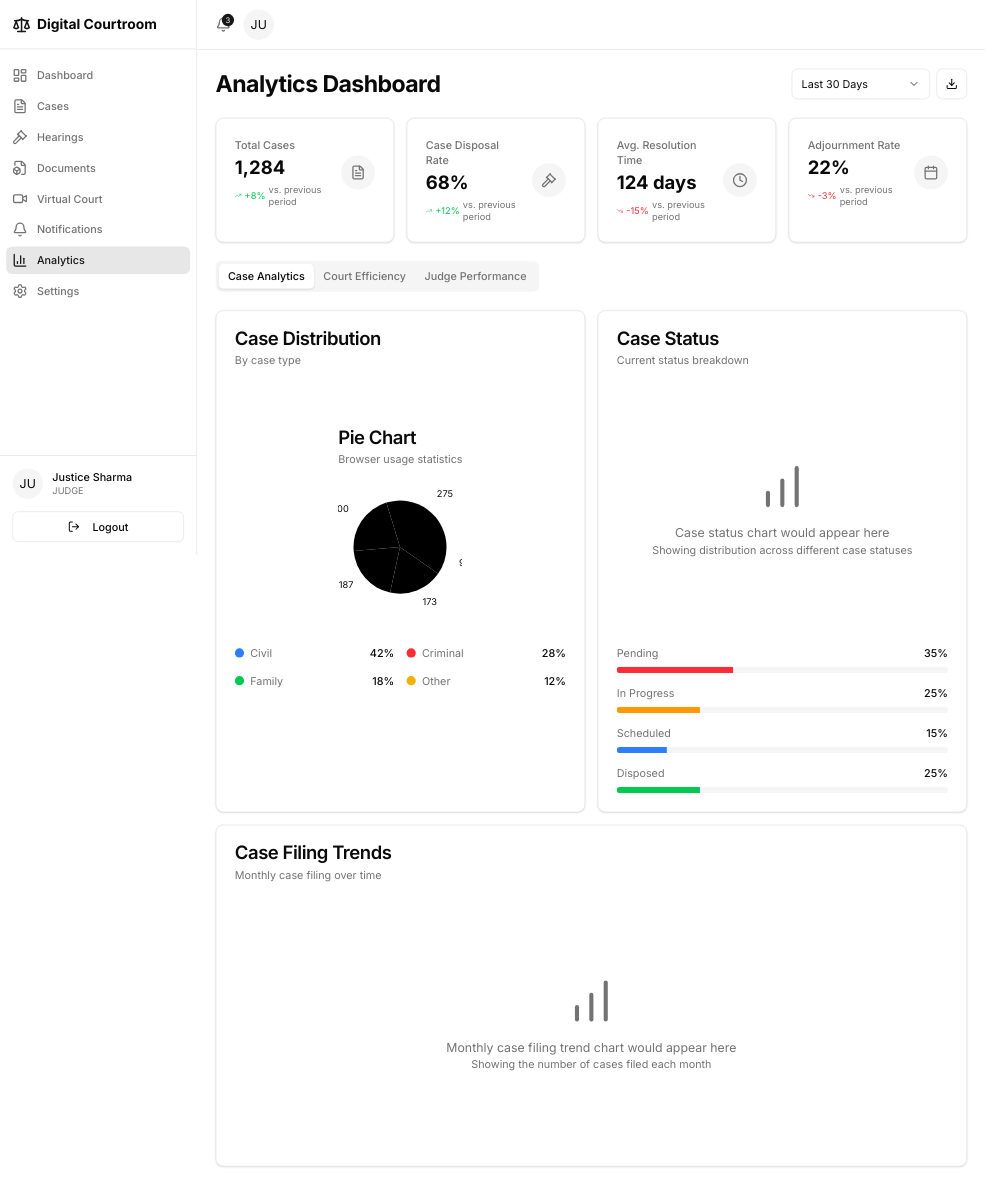
Repository: n0tank3sh/digicourt
Page: /analytics (app in frontend/)
An editor plug-in stored every save of this project. The page is shown before and after a run of saves, followed by the edit.
The browser window is 1280 px wide. The pictures show the whole page, at 77% of full size.
The project was rebuilt for these pictures with package versions that can differ from the ones it lists, and the page was loaded fresh each time. The framework's server and built-in components were replaced by stand-ins that run in the browser. Also part of the build but not shown: frontend/next.config.ts.

Above is the page before, as saved 2025-03-26 21:52:41.

### frontend/src/components/ui/card.tsx
import * as React from "react"

import { cn } from "@/lib/utils"

const Card = React.forwardRef<
  HTMLDivElement,
  React.HTMLAttributes<HTMLDivElement>
>(({ className, ...props }, ref) => (
  <div
    ref={ref}
    className={cn(
      "rounded-lg border bg-card text-card-foreground shadow-sm",
      className
    )}
    {...props}
  />
))
Card.displayName = "Card"

const CardHeader = React.forwardRef<
  HTMLDivElement,
  React.HTMLAttributes<HTMLDivElement>
>(({ className, ...props }, ref) => (
  <div
    ref={ref}
    className={cn("flex flex-col space-y-1.5 p-6", className)}
    {...props}
  />
))
CardHeader.displayName = "CardHeader"

const CardTitle = React.forwardRef<
  HTMLDivElement,
  React.HTMLAttributes<HTMLDivElement>
>(({ className, ...props }, ref) => (
  <div
    ref={ref}
    className={cn(
      "text-2xl font-semibold leading-none tracking-tight",
      className
    )}
    {...props}
  />
))
CardTitle.displayName = "CardTitle"

const CardDescription = React.forwardRef<
  HTMLDivElement,
  React.HTMLAttributes<HTMLDivElement>
>(({ className, ...props }, ref) => (
  <div
    ref={ref}
    className={cn("text-sm text-muted-foreground", className)}
    {...props}
  />
))
CardDescription.displayName = "CardDescription"

const CardContent = React.forwardRef<
  HTMLDivElement,
  React.HTMLAttributes<HTMLDivElement>
>(({ className, ...props }, ref) => (
  <div ref={ref} className={cn("p-6 pt-0", className)} {...props} />
))
CardContent.displayName = "CardContent"

const CardFooter = React.forwardRef<
  HTMLDivElement,
  React.HTMLAttributes<HTMLDivElement>
>(({ className, ...props }, ref) => (
  <div
    ref={ref}
    className={cn("flex items-center p-6 pt-0", className)}
    {...props}
  />
))
CardFooter.displayName = "CardFooter"

export { Card, CardHeader, CardFooter, CardTitle, CardDescription, CardContent }

### frontend/src/components/ui/tabs.tsx
"use client"

import * as React from "react"
import * as TabsPrimitive from "@radix-ui/react-tabs"

import { cn } from "@/lib/utils"

const Tabs = TabsPrimitive.Root

const TabsList = React.forwardRef<
  React.ElementRef<typeof TabsPrimitive.List>,
  React.ComponentPropsWithoutRef<typeof TabsPrimitive.List>
>(({ className, ...props }, ref) => (
  <TabsPrimitive.List
    ref={ref}
    className={cn(
      "inline-flex h-10 items-center justify-center rounded-md bg-muted p-1 text-muted-foreground",
      className
    )}
    {...props}
  />
))
TabsList.displayName = TabsPrimitive.List.displayName

const TabsTrigger = React.forwardRef<
  React.ElementRef<typeof TabsPrimitive.Trigger>,
  React.ComponentPropsWithoutRef<typeof TabsPrimitive.Trigger>
>(({ className, ...props }, ref) => (
  <TabsPrimitive.Trigger
    ref={ref}
    className={cn(
      "inline-flex items-center justify-center whitespace-nowrap rounded-sm px-3 py-1.5 text-sm font-medium ring-offset-background transition-all focus-visible:outline-none focus-visible:ring-2 focus-visible:ring-ring focus-visible:ring-offset-2 disabled:pointer-events-none disabled:opacity-50 data-[state=active]:bg-background data-[state=active]:text-foreground data-[state=active]:shadow-sm",
      className
    )}
    {...props}
  />
))
TabsTrigger.displayName = TabsPrimitive.Trigger.displayName

const TabsContent = React.forwardRef<
  React.ElementRef<typeof TabsPrimitive.Content>,
  React.ComponentPropsWithoutRef<typeof TabsPrimitive.Content>
>(({ className, ...props }, ref) => (
  <TabsPrimitive.Content
    ref={ref}
    className={cn(
      "mt-2 ring-offset-background focus-visible:outline-none focus-visible:ring-2 focus-visible:ring-ring focus-visible:ring-offset-2",
      className
    )}
    {...props}
  />
))
TabsContent.displayName = TabsPrimitive.Content.displayName

export { Tabs, TabsList, TabsTrigger, TabsContent }

### frontend/src/types/index.ts
// User Types
export enum UserRole {
  JUDGE = "JUDGE",
  LAWYER = "LAWYER",
  COURT_STAFF = "COURT_STAFF",
  CITIZEN = "CITIZEN",
  ADMIN = "ADMIN",
}

export interface User {
  id: string
  name: string
  email: string
  role: UserRole
  barId?: string // For lawyers
  courtId?: string // For judges and court staff
  createdAt: Date
  updatedAt: Date
}

// Case Types
export enum CaseStatus {
  FILED = "FILED",
  PENDING = "PENDING",
  IN_PROGRESS = "IN_PROGRESS",
  SCHEDULED = "SCHEDULED",
  ADJOURNED = "ADJOURNED",
  DISPOSED = "DISPOSED",
  CLOSED = "CLOSED",
}

export enum CaseType {
  CIVIL = "CIVIL",
  CRIMINAL = "CRIMINAL",
  FAMILY = "FAMILY",
  CORPORATE = "CORPORATE",
  CONSTITUTIONAL = "CONSTITUTIONAL",
  OTHER = "OTHER",
}

export interface Case {
  id: string
  caseNumber: string
  title: string
  description: string
  type: CaseType
  status: CaseStatus
  filingDate: Date
  plaintiffs: string[] // IDs of involved parties
  defendants: string[] // IDs of involved parties
  judgerId?: string
  courtId: string
  createdAt: Date
  updatedAt: Date
}

// Hearing Types
export enum HearingType {
  PHYSICAL = "PHYSICAL",
  VIRTUAL = "VIRTUAL",
  HYBRID = "HYBRID",
}

export enum HearingStatus {
  SCHEDULED = "SCHEDULED",
  IN_PROGRESS = "IN_PROGRESS",
  COMPLETED = "COMPLETED",
  ADJOURNED = "ADJOURNED",
  CANCELLED = "CANCELLED",
}

export interface Hearing {
  id: string
  caseId: string
  scheduledDate: Date
  actualDate?: Date
  type: HearingType
  status: HearingStatus
  location: string // Court room or virtual link
  notes?: string
  attendees: string[] // IDs of attendees
  createdAt: Date
  updatedAt: Date
}

// Document Types
export enum DocumentType {
  PETITION = "PETITION",
  EVIDENCE = "EVIDENCE",
  AFFIDAVIT = "AFFIDAVIT",
  JUDGMENT = "JUDGMENT",
  ORDER = "ORDER",
  NOTICE = "NOTICE",
  OTHER = "OTHER",
}

export interface Document {
  id: string
  caseId: string
  title: string
  type: DocumentType
  fileUrl: string
  fileSize: number
  mimeType: string
  uploadedBy: string // User ID
  isPublic: boolean
  version: number
  createdAt: Date
  updatedAt: Date
}

// Notification Types
export enum NotificationType {
  CASE_UPDATE = "CASE_UPDATE",
  HEARING_SCHEDULED = "HEARING_SCHEDULED",
  HEARING_RESCHEDULED = "HEARING_RESCHEDULED",
  DOCUMENT_UPLOADED = "DOCUMENT_UPLOADED",
  SUMMONS = "SUMMONS",
  JUDGMENT_DELIVERED = "JUDGMENT_DELIVERED",
  OTHER = "OTHER",
}

export interface Notification {
  id: string
  userId: string
  type: NotificationType
  title: string
  message: string
  relatedId?: string // ID of related entity (case, hearing, etc.)
  isRead: boolean
  createdAt: Date
}

// Court Types
export interface Court {
  id: string
  name: string
  type: string
  address: string
  jurisdiction: string
  contactNumber: string
  email: string
  createdAt: Date
  updatedAt: Date
}

// Analytics Types
export interface CaseAnalytics {
  totalCases: number
  pendingCases: number
  disposedCases: number
  averageDisposalTime: number // in days
  casesByType: Record<CaseType, number>
  casesByStatus: Record<CaseStatus, number>
  monthlyCaseFiling: { month: string; count: number }[]
}

export interface CourtAnalytics {
  totalHearings: number
  completedHearings: number
  adjournedHearings: number
  averageHearingDuration: number // in minutes
  hearingsByType: Record<HearingType, number>
  courtUtilization: number // percentage
}

### frontend/src/components/ui/button.tsx
import * as React from "react"
import { Slot } from "@radix-ui/react-slot"
import { cva, type VariantProps } from "class-variance-authority"

import { cn } from "@/lib/utils"

const buttonVariants = cva(
  "inline-flex items-center justify-center gap-2 whitespace-nowrap rounded-md text-sm font-medium ring-offset-background transition-colors focus-visible:outline-none focus-visible:ring-2 focus-visible:ring-ring focus-visible:ring-offset-2 disabled:pointer-events-none disabled:opacity-50 [&_svg]:pointer-events-none [&_svg]:size-4 [&_svg]:shrink-0",
  {
    variants: {
      variant: {
        default: "bg-primary text-primary-foreground hover:bg-primary/90",
        destructive:
          "bg-destructive text-destructive-foreground hover:bg-destructive/90",
        outline:
          "border border-input bg-background hover:bg-accent hover:text-accent-foreground",
        secondary:
          "bg-secondary text-secondary-foreground hover:bg-secondary/80",
        ghost: "hover:bg-accent hover:text-accent-foreground",
        link: "text-primary underline-offset-4 hover:underline",
      },
      size: {
        default: "h-10 px-4 py-2",
        sm: "h-9 rounded-md px-3",
        lg: "h-11 rounded-md px-8",
        icon: "h-10 w-10",
      },
    },
    defaultVariants: {
      variant: "default",
      size: "default",
    },
  }
)

export interface ButtonProps
  extends React.ButtonHTMLAttributes<HTMLButtonElement>,
    VariantProps<typeof buttonVariants> {
  asChild?: boolean
}

const Button = React.forwardRef<HTMLButtonElement, ButtonProps>(
  ({ className, variant, size, asChild = false, ...props }, ref) => {
    const Comp = asChild ? Slot : "button"
    return (
      <Comp
        className={cn(buttonVariants({ variant, size, className }))}
        ref={ref}
        {...props}
      />
    )
  }
)
Button.displayName = "Button"

export { Button, buttonVariants }

### frontend/src/components/ui/piechart.tsx
"use client"
import { TrendingUp } from "lucide-react"
import { Pie, PieChart } from "recharts"
import {
    Card,
    CardContent,
    CardDescription,
    CardHeader,
    CardTitle,

} from "@/components/ui/card"
import {
    ChartConfig,
    ChartContainer,
    ChartTooltip,
    ChartTooltipContent,
} from "@/components/ui/chart"
const chartData = [
    { browser: "chrome", visitors: 275, fill: "var(--color-chrome)" },
    { browser: "safari", visitors: 200, fill: "var(--color-safari)" },
    { browser: "firefox", visitors: 187, fill: "var(--color-firefox)" },
    { browser: "edge", visitors: 173, fill: "var(--color-edge)" },
    { browser: "other", visitors: 90, fill: "var(--color-other)" },
]
const chartConfig = {
    visitors: {
        label: "Visitors",
    },
    chrome: {
        label: "Chrome",
        color: "hsl(var(--chart-1))",
    },
    safari: {
        label: "Safari",
        color: "hsl(var(--chart-2))",
    },
    firefox: {
        label: "Firefox",
        color: "hsl(var(--chart-3))",
    },
    edge: {
        label: "Edge",
        color: "hsl(var(--chart-4))",
    },
    other: {
        label: "Other",
        color: "hsl(var(--chart-5))",
    },
} satisfies ChartConfig
export function PieChartComponent() {
    return (
        <Card className="flex flex-col shadow-none border-none p-10 ">
            <CardHeader>
               <CardTitle>Pie Chart</CardTitle>
                <CardDescription>Browser usage statistics</CardDescription>

            </CardHeader>
            <CardContent className="flex-1 pb-0">
                <ChartContainer
                    config={chartConfig}
                    className="mx-auto aspect-square max-h-[250px] pb-0 [&_.recharts-pie-label-text]:fill-foreground"
                >
                    <PieChart>
                        <ChartTooltip content={<ChartTooltipContent hideLabel />} />
                        <Pie data={chartData} dataKey="visitors" label nameKey="browser" />
                    </PieChart>
                </ChartContainer>
            </CardContent>

        </Card>
    )
}

### frontend/src/components/ui/avatar.tsx
"use client"

import * as React from "react"
import * as AvatarPrimitive from "@radix-ui/react-avatar"

import { cn } from "@/lib/utils"

const Avatar = React.forwardRef<
  React.ElementRef<typeof AvatarPrimitive.Root>,
  React.ComponentPropsWithoutRef<typeof AvatarPrimitive.Root>
>(({ className, ...props }, ref) => (
  <AvatarPrimitive.Root
    ref={ref}
    className={cn(
      "relative flex h-10 w-10 shrink-0 overflow-hidden rounded-full",
      className
    )}
    {...props}
  />
))
Avatar.displayName = AvatarPrimitive.Root.displayName

const AvatarImage = React.forwardRef<
  React.ElementRef<typeof AvatarPrimitive.Image>,
  React.ComponentPropsWithoutRef<typeof AvatarPrimitive.Image>
>(({ className, ...props }, ref) => (
  <AvatarPrimitive.Image
    ref={ref}
    className={cn("aspect-square h-full w-full", className)}
    {...props}
  />
))
AvatarImage.displayName = AvatarPrimitive.Image.displayName

const AvatarFallback = React.forwardRef<
  React.ElementRef<typeof AvatarPrimitive.Fallback>,
  React.ComponentPropsWithoutRef<typeof AvatarPrimitive.Fallback>
>(({ className, ...props }, ref) => (
  <AvatarPrimitive.Fallback
    ref={ref}
    className={cn(
      "flex h-full w-full items-center justify-center rounded-full bg-muted",
      className
    )}
    {...props}
  />
))
AvatarFallback.displayName = AvatarPrimitive.Fallback.displayName

export { Avatar, AvatarImage, AvatarFallback }

### frontend/src/components/ui/sheet.tsx
"use client"

import * as React from "react"
import * as SheetPrimitive from "@radix-ui/react-dialog"
import { cva, type VariantProps } from "class-variance-authority"
import { X } from "lucide-react"

import { cn } from "@/lib/utils"

const Sheet = SheetPrimitive.Root

const SheetTrigger = SheetPrimitive.Trigger

const SheetClose = SheetPrimitive.Close

const SheetPortal = SheetPrimitive.Portal

const SheetOverlay = React.forwardRef<
  React.ElementRef<typeof SheetPrimitive.Overlay>,
  React.ComponentPropsWithoutRef<typeof SheetPrimitive.Overlay>
>(({ className, ...props }, ref) => (
  <SheetPrimitive.Overlay
    className={cn(
      "fixed inset-0 z-50 bg-black/80  data-[state=open]:animate-in data-[state=closed]:animate-out data-[state=closed]:fade-out-0 data-[state=open]:fade-in-0",
      className
    )}
    {...props}
    ref={ref}
  />
))
SheetOverlay.displayName = SheetPrimitive.Overlay.displayName

const sheetVariants = cva(
  "fixed z-50 gap-4 bg-background p-6 shadow-lg transition ease-in-out data-[state=open]:animate-in data-[state=closed]:animate-out data-[state=closed]:duration-300 data-[state=open]:duration-500",
  {
    variants: {
      side: {
        top: "inset-x-0 top-0 border-b data-[state=closed]:slide-out-to-top data-[state=open]:slide-in-from-top",
        bottom:
          "inset-x-0 bottom-0 border-t data-[state=closed]:slide-out-to-bottom data-[state=open]:slide-in-from-bottom",
        left: "inset-y-0 left-0 h-full w-3/4 border-r data-[state=closed]:slide-out-to-left data-[state=open]:slide-in-from-left sm:max-w-sm",
        right:
          "inset-y-0 right-0 h-full w-3/4  border-l data-[state=closed]:slide-out-to-right data-[state=open]:slide-in-from-right sm:max-w-sm",
      },
    },
    defaultVariants: {
      side: "right",
    },
  }
)

interface SheetContentProps
  extends React.ComponentPropsWithoutRef<typeof SheetPrimitive.Content>,
    VariantProps<typeof sheetVariants> {}

const SheetContent = React.forwardRef<
  React.ElementRef<typeof SheetPrimitive.Content>,
  SheetContentProps
>(({ side = "right", className, children, ...props }, ref) => (
  <SheetPortal>
    <SheetOverlay />
    <SheetPrimitive.Content
      ref={ref}
      className={cn(sheetVariants({ side }), className)}
      {...props}
    >
      {children}
      <SheetPrimitive.Close className="absolute right-4 top-4 rounded-sm opacity-70 ring-offset-background transition-opacity hover:opacity-100 focus:outline-none focus:ring-2 focus:ring-ring focus:ring-offset-2 disabled:pointer-events-none data-[state=open]:bg-secondary">
        <X className="h-4 w-4" />
        <span className="sr-only">Close</span>
      </SheetPrimitive.Close>
    </SheetPrimitive.Content>
  </SheetPortal>
))
SheetContent.displayName = SheetPrimitive.Content.displayName

const SheetHeader = ({
  className,
  ...props
}: React.HTMLAttributes<HTMLDivElement>) => (
  <div
    className={cn(
      "flex flex-col space-y-2 text-center sm:text-left",
      className
    )}
    {...props}
  />
)
SheetHeader.displayName = "SheetHeader"

const SheetFooter = ({
  className,
  ...props
}: React.HTMLAttributes<HTMLDivElement>) => (
  <div
    className={cn(
      "flex flex-col-reverse sm:flex-row sm:justify-end sm:space-x-2",
      className
    )}
    {...props}
  />
)
SheetFooter.displayName = "SheetFooter"

const SheetTitle = React.forwardRef<
  React.ElementRef<typeof SheetPrimitive.Title>,
  React.ComponentPropsWithoutRef<typeof SheetPrimitive.Title>
>(({ className, ...props }, ref) => (
  <SheetPrimitive.Title
    ref={ref}
    className={cn("text-lg font-semibold text-foreground", className)}
    {...props}
  />
))
SheetTitle.displayName = SheetPrimitive.Title.displayName

const SheetDescription = React.forwardRef<
  React.ElementRef<typeof SheetPrimitive.Description>,
  React.ComponentPropsWithoutRef<typeof SheetPrimitive.Description>
>(({ className, ...props }, ref) => (
  <SheetPrimitive.Description
    ref={ref}
    className={cn("text-sm text-muted-foreground", className)}
    {...props}
  />
))
SheetDescription.displayName = SheetPrimitive.Description.displayName

export {
  Sheet,
  SheetPortal,
  SheetOverlay,
  SheetTrigger,
  SheetClose,
  SheetContent,
  SheetHeader,
  SheetFooter,
  SheetTitle,
  SheetDescription,
}

Loaded but not shown: frontend/src/app/layout.tsx (common file); frontend/src/components/theme-provider.tsx (common file); frontend/src/lib/utils.ts (common file); frontend/src/app/analytics/page.tsx (355 lines, source omitted); frontend/src/components/ui/chart.tsx (365 lines, source omitted); frontend/src/components/layout/main-layout.tsx (187 lines, source omitted); frontend/src/app/globals.css (199 lines, source omitted); frontend/src/components/ui/select.tsx (160 lines, source omitted)

After the next 2 saves:
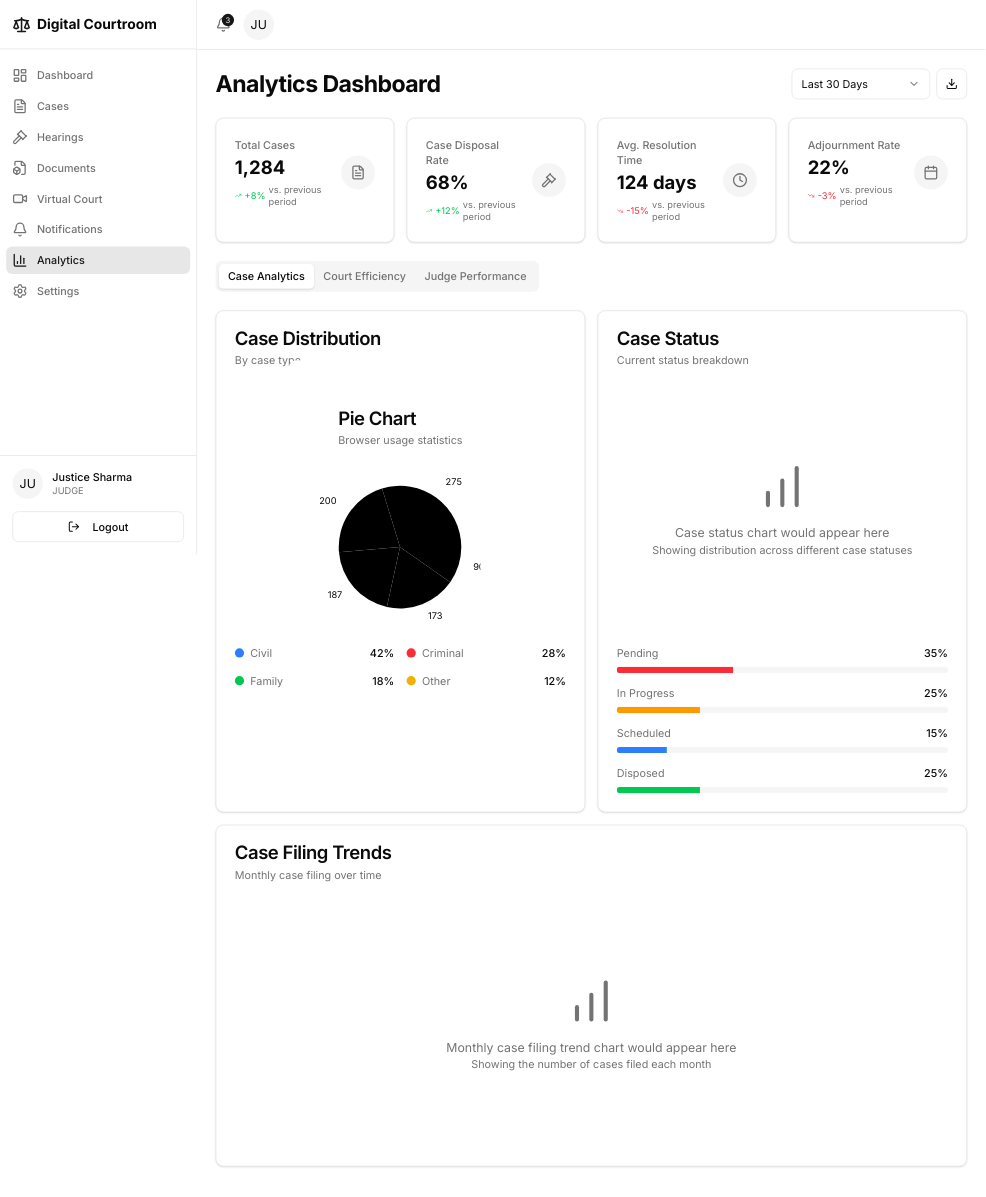
The 2 saves are shown as one change because they came seconds apart.
The last was saved 2 min 33 s later.
--- a/frontend/src/components/ui/piechart.tsx
+++ b/frontend/src/components/ui/piechart.tsx
@@ -55,7 +55,7 @@
                 <CardDescription>Browser usage statistics</CardDescription>
 
             </CardHeader>
-            <CardContent className="flex-1 pb-0">
+            <CardContent className="flex-1 pb-0 p-0">
                 <ChartContainer
                     config={chartConfig}
                     className="mx-auto aspect-square max-h-[250px] pb-0 [&_.recharts-pie-label-text]:fill-foreground"
